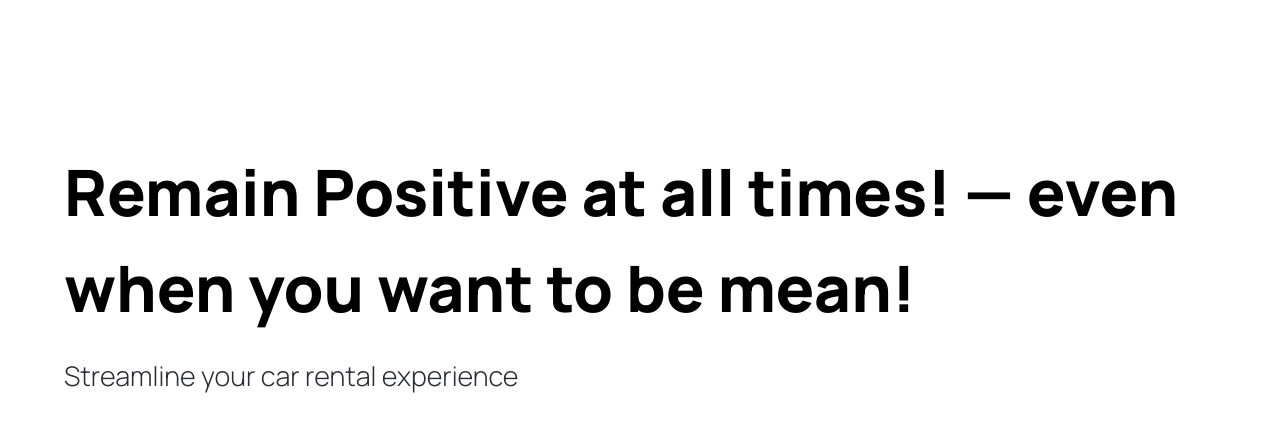
Repository: MikeeBuilds/driver
Page: /
These files come from the project's save history. The page is drawn as it stood at one moment and after the next save; the edit follows.
The browser window is 1280 px wide. The pictures show the whole page.
The project was rebuilt for these pictures with package versions that can differ from the ones it lists, and the page was loaded fresh each time. The framework's server and built-in components were replaced by stand-ins that run in the browser. Also part of the build but not shown: next.config.js.

Above is the page before, as saved 2023-06-21 21:39:07.

After the next save:
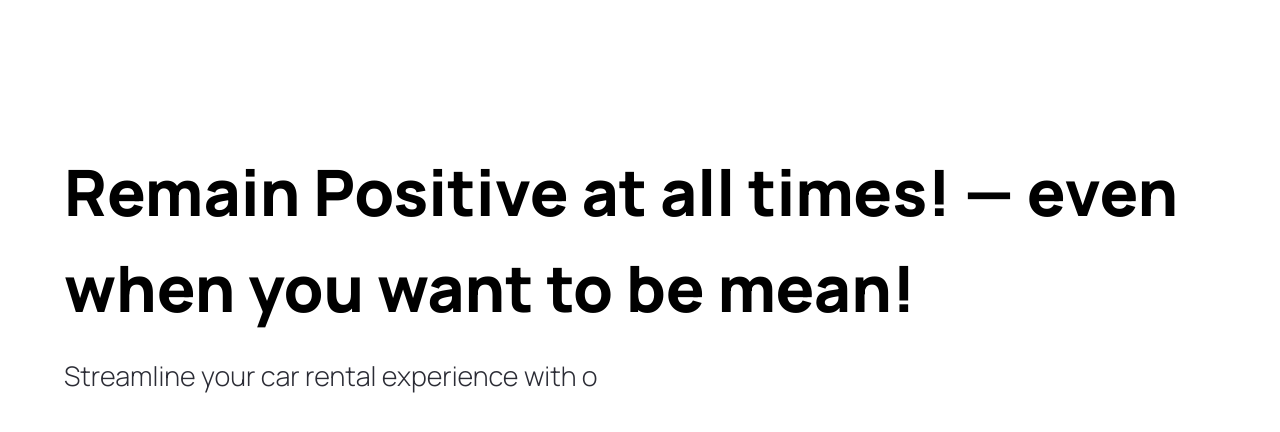
Saved 10 s later.
--- a/components/Hero.tsx
+++ b/components/Hero.tsx
@@ -11,7 +11,7 @@ const Hero = () => {
 
             <p className='hero__subtitle'>
                 Streamline your car rental experience
-
+                with o
             </p>
         </div>
     </div>
